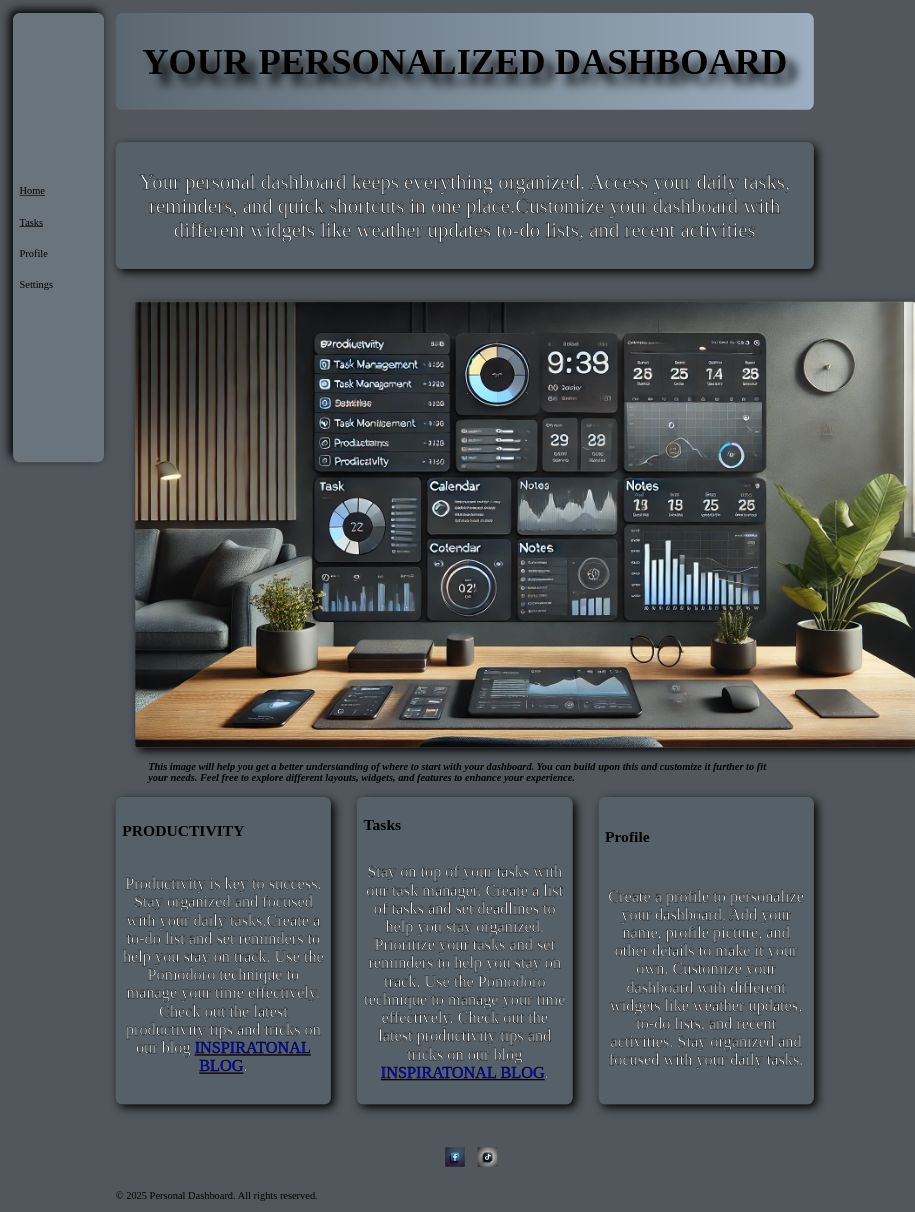
Repository: Parnicoza/testecomplete
Page: testcomplet-14.html
The author's editor kept a copy of each file at every save. The page is drawn from the files as they stood at one save, then again after the next save.
The browser window is 1280 px wide. The page is 1408 px wide, so the pictures cover 1408 px, including what lies to the right of the window. The pictures show the whole page, at 65% of full size.

Above is the page before, as saved 2025-03-02 14:09:28.

After the next save:
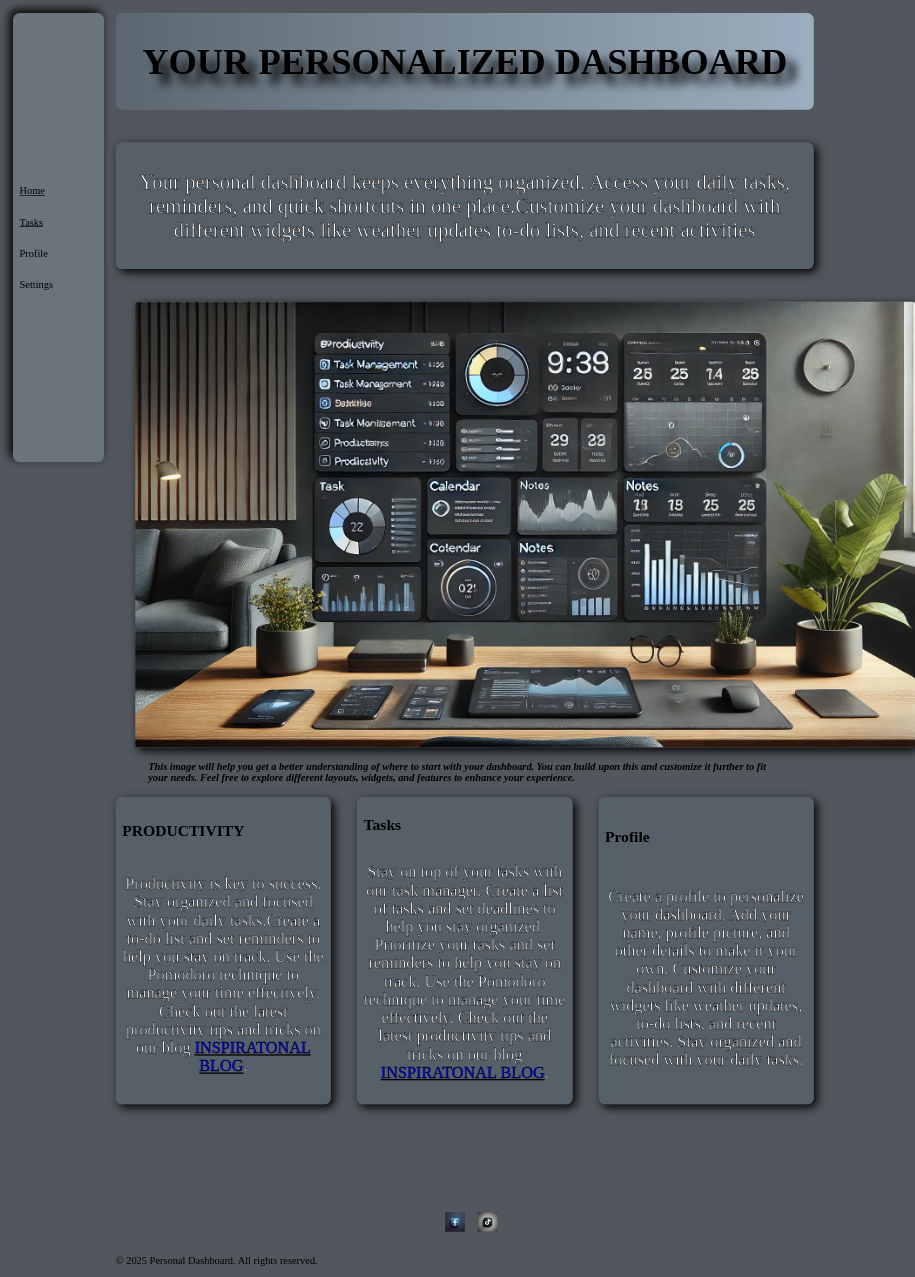
Saved 12 s later.
--- a/stilizaretestcomplet-14.css
+++ b/stilizaretestcomplet-14.css
@@ -178,7 +178,7 @@ body{
     flex-direction: row;
     justify-content: space-evenly;
     gap: 20px;
-    margin-top: 50px;
+    margin-top: 150px;
 }
 .ul{
     list-style-type: none;
